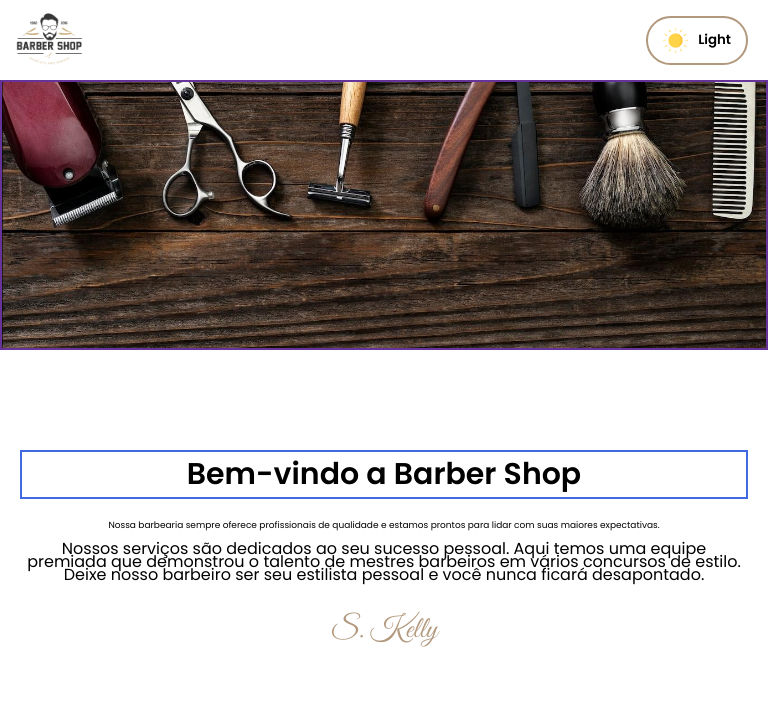
Repository: Daniells642/LandingPage-React
Page: /
The author's editor kept a copy of each file at every save. The page is drawn from the files as they stood at one save, then again after the next save.
The browser window is 768 px wide. The pictures show the whole page.
The project was rebuilt for these pictures with package versions that can differ from the ones it lists, and the page was loaded fresh each time.

Above is the page before, as saved 2022-11-05 00:41:21.

### public/index.html
<!DOCTYPE html>
<html lang="en">
  <head>
    <meta charset="utf-8" />
    <link rel="icon" href="assets/barbearia-logo.png" />
    <meta name="viewport" content="width=device-width, initial-scale=1" />
    <meta name="theme-color" content="#000000" />
    <meta
      name="description"
      content="Web site created using create-react-app"
    />
    <link rel="apple-touch-icon" href="%PUBLIC_URL%/logo192.png" />
    <!--
      manifest.json provides metadata used when your web app is installed on a
      user's mobile device or desktop. See https://developers.google.com/web/fundamentals/web-app-manifest/
    -->
    <link rel="manifest" href="%PUBLIC_URL%/manifest.json" />
    <!--
      Notice the use of %PUBLIC_URL% in the tags above.
      It will be replaced with the URL of the `public` folder during the build.
      Only files inside the `public` folder can be referenced from the HTML.

      Unlike "/favicon.ico" or "favicon.ico", "%PUBLIC_URL%/favicon.ico" will
      work correctly both with client-side routing and a non-root public URL.
      Learn how to configure a non-root public URL by running `npm run build`.
    -->

    <link rel="preconnect" href="https://fonts.googleapis.com">
    <link rel="preconnect" href="https://fonts.gstatic.com" crossorigin>
    <link href="https://fonts.googleapis.com/css2?family=Poppins:wght@400;500;600&display=swap" rel="stylesheet">
    <link href="https://fonts.googleapis.com/css2?family=Great+Vibes&display=swap" rel="stylesheet">
    <title>Barberia</title>
  </head>
  <body>
    <noscript>You need to enable JavaScript to run this app.</noscript>
    <div id="root"></div>
    <!--
      This HTML file is a template.
      If you open it directly in the browser, you will see an empty page.

      You can add webfonts, meta tags, or analytics to this file.
      The build step will place the bundled scripts into the <body> tag.

      To begin the development, run `npm start` or `yarn start`.
      To create a production bundle, use `npm run build` or `yarn build`.
    -->
  </body>
</html>

### src/App.js
import Barbearia from "./LandingPage";
import './App.css';


function App() {
  return (
    <div>
      <Barbearia/>
    </div>
  );
}

export default App;

### src/LandingPage/index.js
import './style.css';
import React, { useState } from 'react';

export default function Barbearia() {
  const lightMode = "modo-claro";
  const darkMode = "modo-escuro";

  const [estiloAtualizado, setEstiloAtualizado] = useState(true);

  const alterarCor = () => {
    setEstiloAtualizado(!estiloAtualizado);
  };


  return (
    <div className={estiloAtualizado ? lightMode : darkMode}>

        <header>
          <div className='limitar-secao secao-topo'>
            <img className='logo' src="../../assets/barbearia-logo.png" alt="logo-barbearia" title="logo da barbearia"/>

            <button className={estiloAtualizado ? lightMode : darkMode} onClick={alterarCor}>
              <img className="btn-icone" src={estiloAtualizado ? 'assets/sun.png' : 'assets/moon.png'} alt="alternar-modo" title="alternar-modo"/>
              {estiloAtualizado ? `Light` : `Dark`}
            </button>
          </div>
        </header>

        <section id="secao-banner" className='limitar-secao'></section>

        <section id="secao-texto" className='limitar-secao secao-texto'>
            <div className='limitar-secao'>
              <h1>Bem-vindo a Barber Shop</h1>
              <p className='primeiro-paragrafo'>Nossa barbearia sempre oferece profissionais de qualidade e estamos prontos para lidar com suas maiores expectativas.</p>
              <p className='segundo-paragrafo'>Nossos serviços são dedicados ao seu sucesso pessoal. Aqui temos uma equipe premiada que demonstrou o talento de mestres barbeiros em vários concursos de estilo. Deixe nosso barbeiro ser seu estilista pessoal e você nunca ficará desapontado.</p>
              <p className='assinatura'>S. Kelly</p>
            </div>
        </section>
    </div>
  )
}

### src/App.css
* {
  margin: 0;
  padding: 0;
  box-sizing: border-box;
  font-family: 'Poppins', sans-serif;
}

.limitar-secao {
  max-width: 1024px;
  width: 100%;
  margin: 0 auto;
}

### src/LandingPage/style.css
.modo-claro {
    background-color: #fff;
    color: #000;
}
.modo-escuro {
  background-color: #252323;
  color: #fff;
}

header {
    display: flex;
}

.secao-topo {
    height: 10vh;
    padding-right: 20px;
    display: flex;
    justify-content: space-between;
    align-items: center;
}

.logo {
    width: auto;
    height: 100px;
}

header button {
    display: flex;
    align-items: center;
    border: 2px solid #B2987D;
    font-weight: 600;
    border-radius: 25px;
    padding: 10px 15px;
    cursor: pointer;
  }

  .btn-icone {
    width: 25px;
    height: 25px;
    margin-right: 10px;
  }

#secao-banner {
    display: flex;
    background-image: url('../../public/assets/banner-barbearia.jpg');
    background-repeat: no-repeat;
    background-size: cover;
    background-position: center center;
    height: 341px;
  }

.secao-texto {
    height: auto;
    display: flex;
    align-items: center;
}

.secao-texto div{
    padding: 100px 20px;
    display: flex;
    flex-direction: column;
    text-align: center;
  }

  .secao-texto h1 {
    font-size: 40px;
    margin-bottom: 30px;
  }

.primeiro-paragrafo {
  font-size: 18px;
  font-weight: 600;
  margin-bottom: 20px;
}

.segundo-paragrafo {
  line-height: 26px;
  margin-bottom: 60px;
}

.assinatura {
  font-family: 'Great Vibes', cursive;
  font-weight: 500;
  font-size: 50px;
  color: #B2987D;
}

@media (max-width: 768px) {
  #secao-banner {height: 270px; border: 2px solid rebeccapurple;}
  .secao-texto h1 {font-size: 30px; margin-bottom: 20px; border: 2px solid royalblue;}
  .primeiro-paragrafo {
    font-size: 9px;
    font-weight: 300;
    margin-bottom: 10px;
  }
  .segundo-paragrafo {
    line-height: 13px;
    margin-bottom: 30px;
  }
.assinatura {
  font-family: 'Great Vibes', cursive;
  font-weight: 400;
  font-size: 30px;
  color: #B2987D;
}
}

@media (max-width: 425px) {
  .secao-texto div{
    padding: 50px 10px;
    display: flex;
    flex-direction: column;
    text-align: center;
  }


  .primeiro-paragrafo {
    font-size: 9px;
    font-weight: 300;
    margin-bottom: 10px;
  }
  .segundo-paragrafo {
    line-height: 13px;
    margin-bottom: 30px;
  }
.assinatura {
  font-family: 'Great Vibes', cursive;
  font-weight: 250;
  font-size: 250px;
  color: #B2987D;
  border: 4px solid green;
}

}

Loaded but not shown: src/index.js (common file)

After the next save:
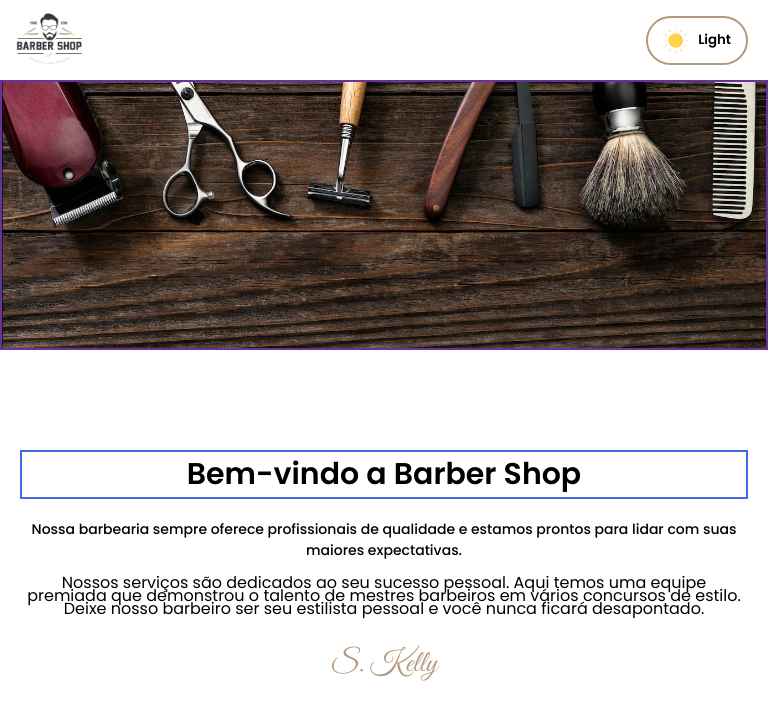
Saved 31 s later.
--- a/src/LandingPage/style.css
+++ b/src/LandingPage/style.css
@@ -89,9 +89,9 @@
   #secao-banner {height: 270px; border: 2px solid rebeccapurple;}
   .secao-texto h1 {font-size: 30px; margin-bottom: 20px; border: 2px solid royalblue;}
   .primeiro-paragrafo {
-    font-size: 9px;
-    font-weight: 300;
-    margin-bottom: 10px;
+    font-size: 14px;
+    font-weight: 450;
+    margin-bottom: 15px;
   }
   .segundo-paragrafo {
     line-height: 13px;
